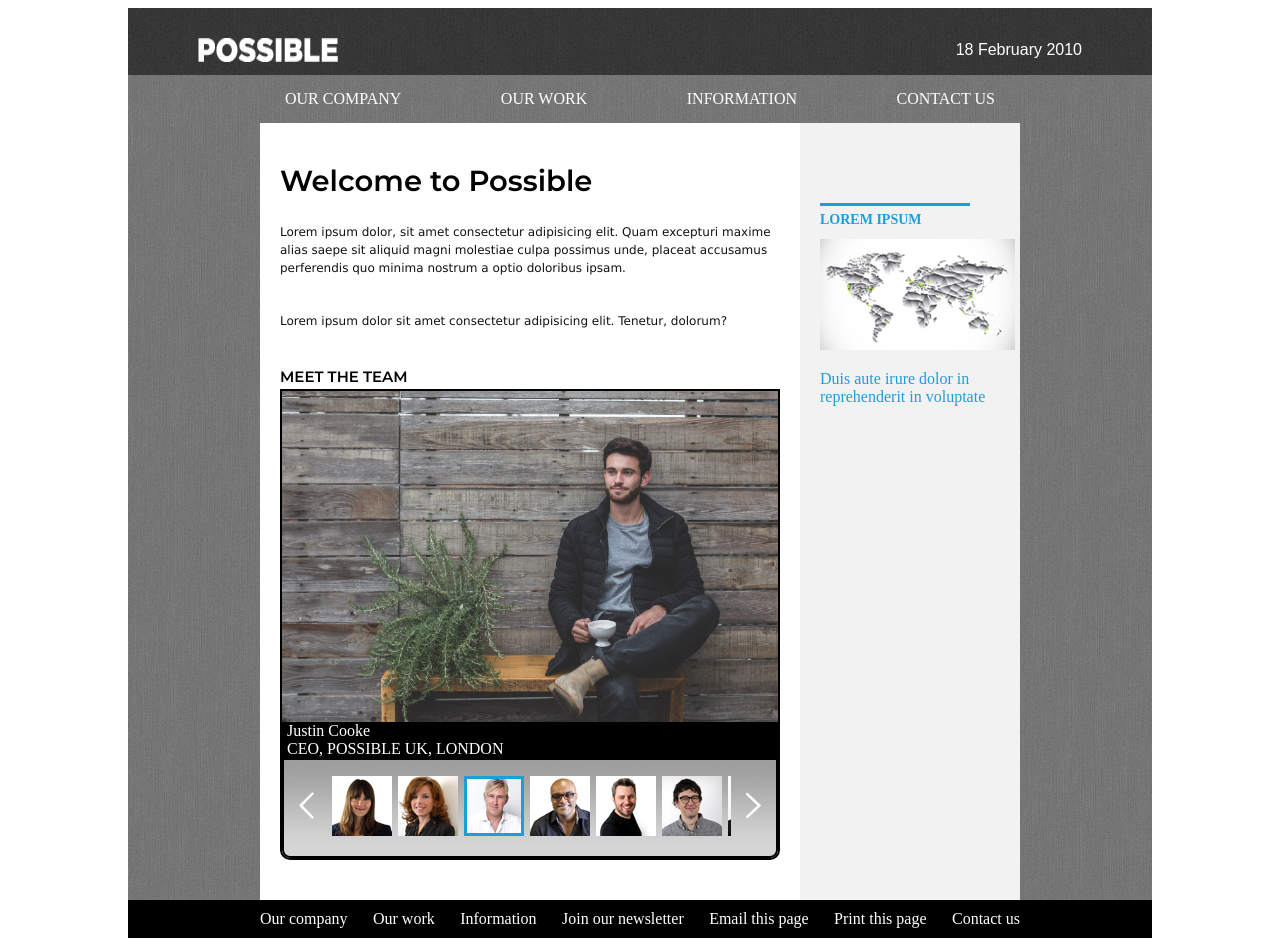
Repository: grzegorzgebala/possible-site
Page: index.html
The author's editor kept a copy of each file at every save. The page is drawn from the files as they stood at one save, then again after the next save.
The browser window is 1280 px wide. The pictures show the whole page.
The style sheet was rebuilt from its Sass, Less or Tailwind sources for each picture, by a compiler version that may differ from the author's.

Above is the page before, as saved 2020-02-16 17:11:14.

### index.html
<!DOCTYPE html>
<html>
	<head>
        <meta charset="utf-8">
        <link href="https://fonts.googleapis.com/css?family=Montserrat:600&display=swap" rel="stylesheet">
		<link rel="stylesheet" type="text/css" href="css/style.css">
		<title>Possible page</title>
	</head>
	<body>
        <div class="container">
            <header>
                <img src="images/logo.png" alt="possible logo">
                <div class="date">18 February 2010</div>
            </header>
            <nav class="menu">
                <ul>
                    <li>our company</li>
                    <li>our work</li>
                    <li>information</li>
                    <li>contact us</li>
                </ul>
            </nav>
            <div class="mainSite">
                <div class="leftSide">
                    <div class="welcome">Welcome to Possible</div>
                    <article>Lorem ipsum dolor, sit amet consectetur adipisicing elit. Quam excepturi maxime alias saepe sit aliquid magni molestiae culpa possimus unde, placeat accusamus perferendis quo minima nostrum a optio doloribus ipsam.</article>
                    <article>Lorem ipsum dolor sit amet consectetur adipisicing elit. Tenetur, dolorum?</article>
                    <div class="meetTitle">Meet the team</div>
                    <div class="carousel">
                        <img id="big" src="/images/employees/picture1.png" alt="possible logo">
                        <div class="descriptor">
                            <div>Justin Cooke</div>
                            <div>CEO, POSSIBLE UK, LONDON</div>
                        </div>
                        <div class="miniatures">
                            <button onclick="myFunc()" class="leftArrow arrow">
                                <img src="/images/icons/leftArrow.png" alt="leftArrow">
                            </button>
                            <div class="miniaturesContainer">
                                <ul class="carouselTrack">
                                    <li class="carouselSlide">
                                        <div class="pictureContainer"></div>
                                        <img class="carouselImage" src="/images/employees/min1.png" alt="person1">
                                    </li>
                                    <li class="carouselSlide">
                                        <div class="pictureContainer"></div>
                                        <img class="carouselImage" id="2" src="/images/employees/min2.png" alt="person2">
                                    </li>
                                    <li class="carouselSlide">
                                        <div class="activeImg"></div>
                                        <img class="carouselImage" id="3" src="/images/employees/min3.png" alt="person3">
                                    </li>
                                    <li class="carouselSlide">
                                        <div class="pictureContainer"></div>
                                        <img class="carouselImage" id="4" src="/images/employees/min4.png" alt="person4">
                                    </li>
                                    <li class="carouselSlide">
                                        <div class="pictureContainer"></div>
                                        <img class="carouselImage" id="5" src="/images/employees/min5.png" alt="person5">
                                    </li>
                                    <li class="carouselSlide">
                                        <div class="pictureContainer"></div>
                                        <img class="carouselImage" id="6" src="/images/employees/min6.png" alt="person6">
                                    </li>
                                    <li class="carouselSlide">
                                        <div class="pictureContainer"></div>
                                        <img class="carouselImage" src="/images/employees/min7.png" alt="person7">
                                    </li>
                                    <li class="carouselSlide">
                                        <div class="pictureContainer"></div>
                                        <img class="carouselImage" src="/images/employees/min8.png" alt="person8">
                                    </li>
                                    <li class="carouselSlide">
                                        <div class="pictureContainer"></div>
                                        <img class="carouselImage" src="/images/employees/min9.png" alt="person9">
                                    </li>
                                    <li class="carouselSlide">
                                        <div class="pictureContainer"></div>
                                        <img class="carouselImage" src="/images/employees/min10.png" alt="person10">
                                    </li>
                                </ul>
                            </div>
                            <button onclick="myFunc()" class="rightArrow arrow">
                                <img src="/images/icons/rightArrow.png" alt="rightArrow">
                            </button>
                        </div>
                    </div>
                </div>
                <div class="rightSide">
                    <div class="rightTitle">lorem ipsum</div>
                    <img src="/images/map.png" alt="map">
                    <p>Duis aute irure dolor  in reprehenderit in voluptate</p>
                </div>
            </div>
            <footer>
                <ul>
                    <li>our company</li>
                    <li>our work</li>
                    <li>information</li>
                    <li>join our newsletter</li>
                    <li>email this page</li>
                    <li>print this page</li>
                    <li>contact us</li>
                </ul>
            </footer>
        </div>
    </body>
    <script type="text/javascript" src="/js/script.js"></script>
</html>

### js/script.js
// const click1 = document.getElementById("1");
// const click2 = document.getElementById("2");
// const click3 = document.getElementById("3");
// const big = document.getElementById("big");

// click1.addEventListener('click', (click) => {
//     console.log(click);
//     big.setAttribute('src', '/images/employees/picture2.png');
// })

// function myFunc() {
//     console.log('Jestem w myFunc');
//     document.getElementById("big").setAttribute('src', '/images/employees/picture2.png');
// }

const track = document.querySelector('.carouselTrack');
const slides = Array.from(track.children);
const nextButton = document.querySelector('.rightArrow');
const prevButton = document.querySelector('.leftArrow');

const slideWidth = slides[0].getBoundingClientRect().width;
console.log(slideWidth);

slides[0].style.left = slideWidth * 0 + 'px';

// when I click left, move slides to the left
// when I click right move slide to the right

### sass/style.scss
// variables
$menuElementsColor: #ffffff;
$contentElementsColor: #000000;
$footerBackgroundColor: #000000;
$menuHooverColor: #000000;
$activeMenuColor: #1d9ed9;
$sideMenuColor: #1d9ed9;
$fontMenu: "Proxima Nova";
$leftSideBackgroundColor: #ffffff;
$rightSideBackgroundColor: #f2f2f2;
$contentHeaderFont: "Montserrat", sans-serif;;
$contentDescriptionFont: "Verdana";
$contentColor: #121212;

// page style
.container {
    max-width: 1024px;
    margin: 0 auto;
    background-image: url("/images/mainBackground.png");
}

// header style
header {
    background-image: url("/images/backgroundHeader.png");
    display: flex;
    justify-content: space-between;
    padding: 30px 70px 13px 70px;

    .date {
        color: $menuElementsColor;
        // font-size: 12px;
        line-height: 24px;
        font-family: "Arial";
        // font-weight: bold;
    }
}

// menu
.menu ul {
    max-width: 760px;
    margin: 5px auto;
    display: flex;
    justify-content: space-between;
    list-style-type: none;
    color: $menuElementsColor;
    text-transform: uppercase;
    padding: 0;

    :hover {
        background-color: $menuHooverColor;
        color: $activeMenuColor;
        cursor: pointer;
    }

    li {
        padding: 10px 25px;
    }
}

// main content
.mainSite {
    max-width: 760px;
    margin: 0 auto;
    display: flex;
    justify-content: center;
    flex-direction: row;

    .leftSide {
        width: 100%;
        max-width: 500px;
        background-color: $leftSideBackgroundColor;
        padding: 40px 20px;

        .welcome {
            font-family: $contentHeaderFont;
            margin: 0;
            font-size: 29px;
            font-weight: bold;
        }

        article {
            font-family: $contentDescriptionFont;
            font-size: 12px;
            line-height: 18px;
            color: $contentColor;
            margin-top: 25px;
            margin-bottom: 35px;
        }
        .meetTitle {
            font-size: 15px;
            line-height: 24px;
            text-transform: uppercase;
            color: $contentElementsColor;
            font-family: $contentHeaderFont;
        }

        .descriptor {
            background-color: black;
            padding-left: 5px;

            div {
                color: white;
            }
        }

        .carousel {
            display: flex;
            flex-direction: column;
            border: 2px solid black;
            border-bottom-left-radius: 10px;
            border-bottom-right-radius: 10px;

            .miniatures {
                // overflow: hidden;
                background-image: url("/images/carouseleBackground.png");
                display: flex;
                // justify-content: space-between;
                // align-items: center;
                // padding: 20px 15px;
                border: 2px solid black;
                border-bottom-left-radius: 8px;
                border-bottom-right-radius: 8px;

                .miniaturesContainer {
                    overflow: hidden;
                    display: flex;
                    justify-content: space-between;
                }
                .carouselTrack {
                    display: flex;
                    justify-content: space-between;
                    // align-items: center;
                    list-style-type: none;
                    // width: 100%;
                    padding: 0;

                    .carouselSlide {
                        margin: 0 3px;
                        // margin-right: 10px;
                        // height: 60px;
                        // width: 60px;
                        .carouselImage {

                            // width: 100%;
                            // object-fit: cover;
                        }
                    }
                }

                .pictureContainer {
                    // width: 60px;
                    // height: 60px;
                    // position: absolute;
                    // z-index: 1;
                    // background: black;
                    // opacity: .3;
                }

                .activeImg {
                    position: absolute;
                    z-index: 1;
                    width: 54px;
                    height: 54px;
                    border: 3px solid $sideMenuColor;
                }

                .miniaturesContainer {
                    max-width: 500px;
                    overflow: hidden;
                }

                .arrow {
                    margin: 0 15px;
                }

                button {
                    background: none;
                    color: inherit;
                    border: none;
                    padding: 0;
                    font: inherit;
                    cursor: pointer;
                    outline: inherit;
                }
            }
        }
    }


    .rightSide {
        background-color: $rightSideBackgroundColor;
        width: 40%;
        padding-left: 20px;

        .rightTitle {
            text-transform: uppercase;
            color: $sideMenuColor;
            font-weight: bold;
            font-size: 14px;
            line-height: 18px;
            border-top: 3px solid $sideMenuColor;
            width: 150px;
            margin-top: 80px;
            margin-bottom: 10px;
            padding-top: 5px;
        }

        p {
            color: $sideMenuColor;
        }
    }

}

// footer
footer {
    background: $footerBackgroundColor;
}

footer ul {
    display: flex;
    justify-content: space-between;
    max-width: 760px;
    margin: 0 auto;
    list-style-type: none;
    color: $menuElementsColor;
    background: $footerBackgroundColor;
    padding: 10px;

    :hover {
        color: $activeMenuColor;
        cursor: pointer;
    }

    li::first-letter {
        text-transform: uppercase;
    }
}

After the next save:
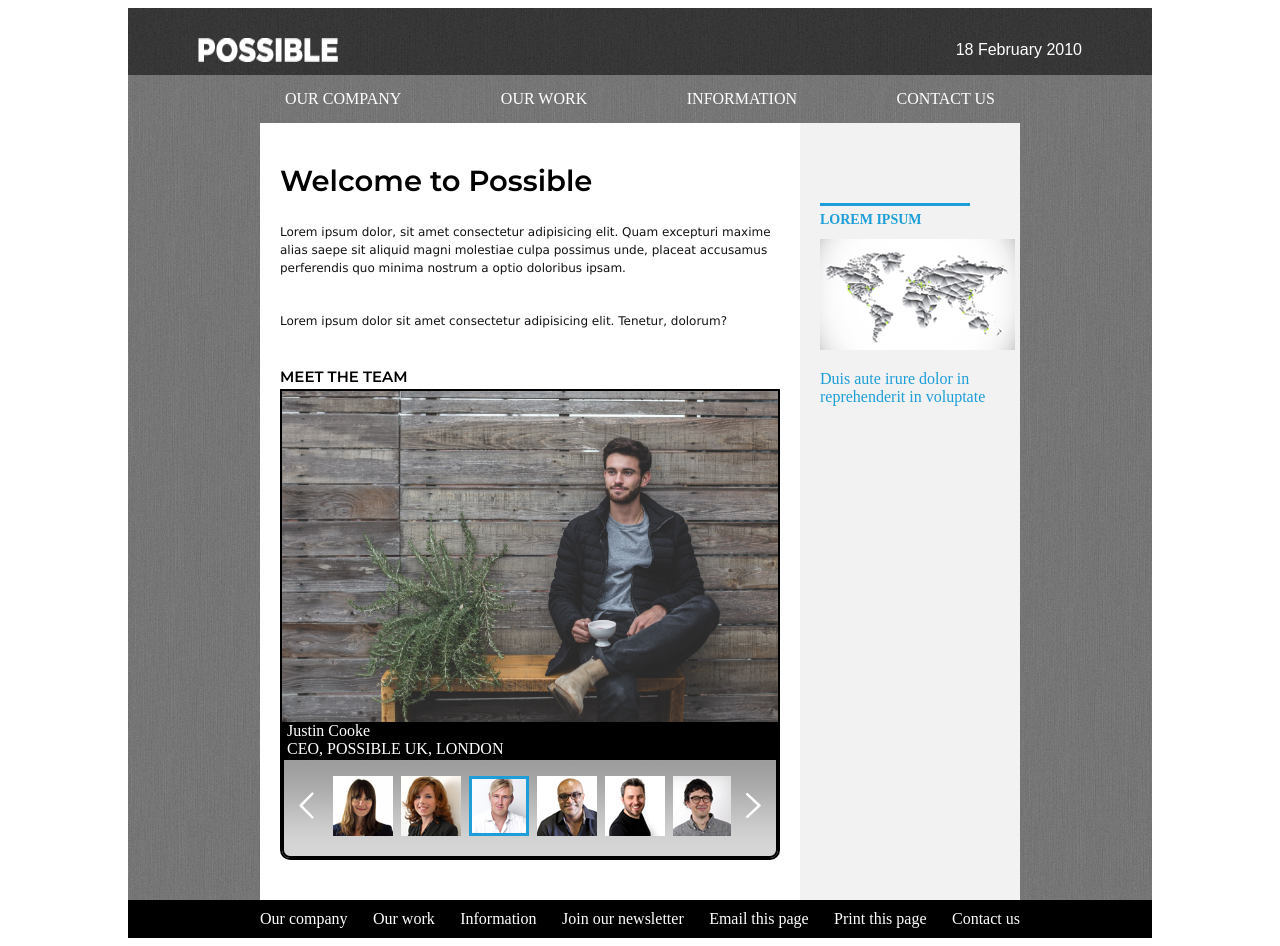
Saved 4 s later.
--- a/sass/style.scss
+++ b/sass/style.scss
@@ -135,7 +135,7 @@ header {
                     padding: 0;
 
                     .carouselSlide {
-                        margin: 0 3px;
+                        margin: 0 4px;
                         // margin-right: 10px;
                         // height: 60px;
                         // width: 60px;
